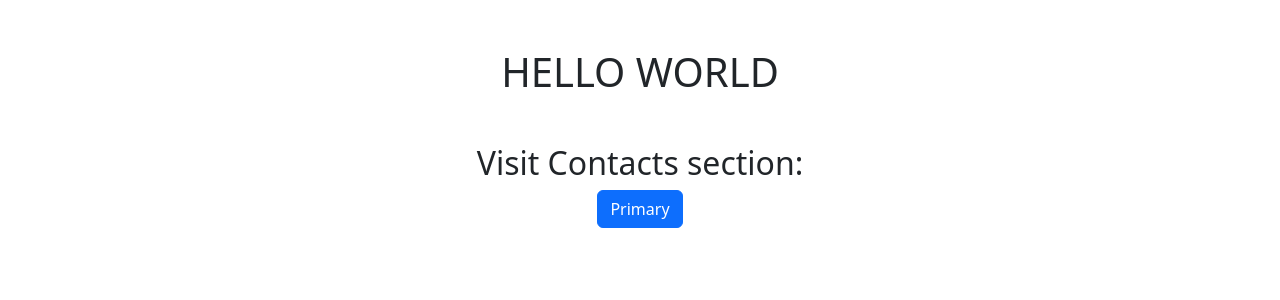
Repository: LorenzoPorrega/laravel-primi-passi
Page: http://localhost/
These files come from the project's save history. The page is drawn as it stood at one moment and after the next save; the edit follows.
The browser window is 1280 px wide. The pictures show the whole page.
The page is served by the project's Laravel application, run on PHP 8.4 with Laravel 10.

Above is the page before, as saved 2023-09-26 13:21:27.

After the next save:
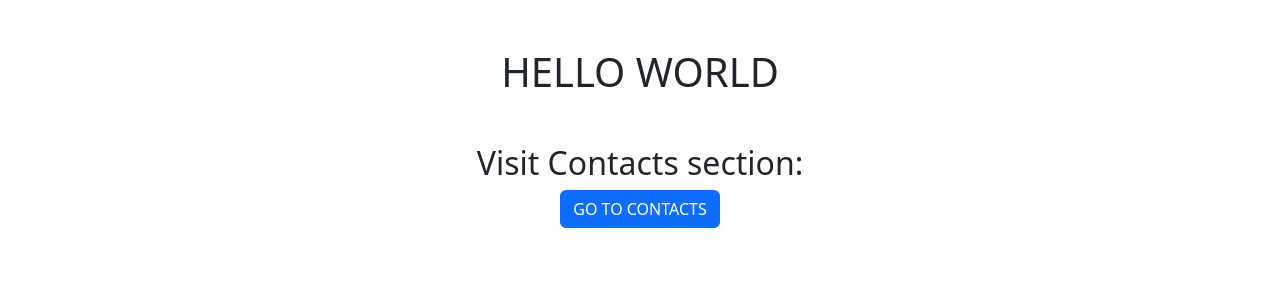
Saved 5 s later.
--- a/resources/views/home.blade.php
+++ b/resources/views/home.blade.php
@@ -19,7 +19,7 @@
   <div class="container text-center mt-5">
     <h1>HELLO WORLD</h1>
     <h2 class="mt-5">Visit Contacts section:</h2>
-    <button type="button" class="btn btn-primary">Primary</button>
+    <button type="button" class="btn btn-primary">GO TO CONTACTS</button>
   </div>
 </body>
 <script src="./js/main.js"></script>
